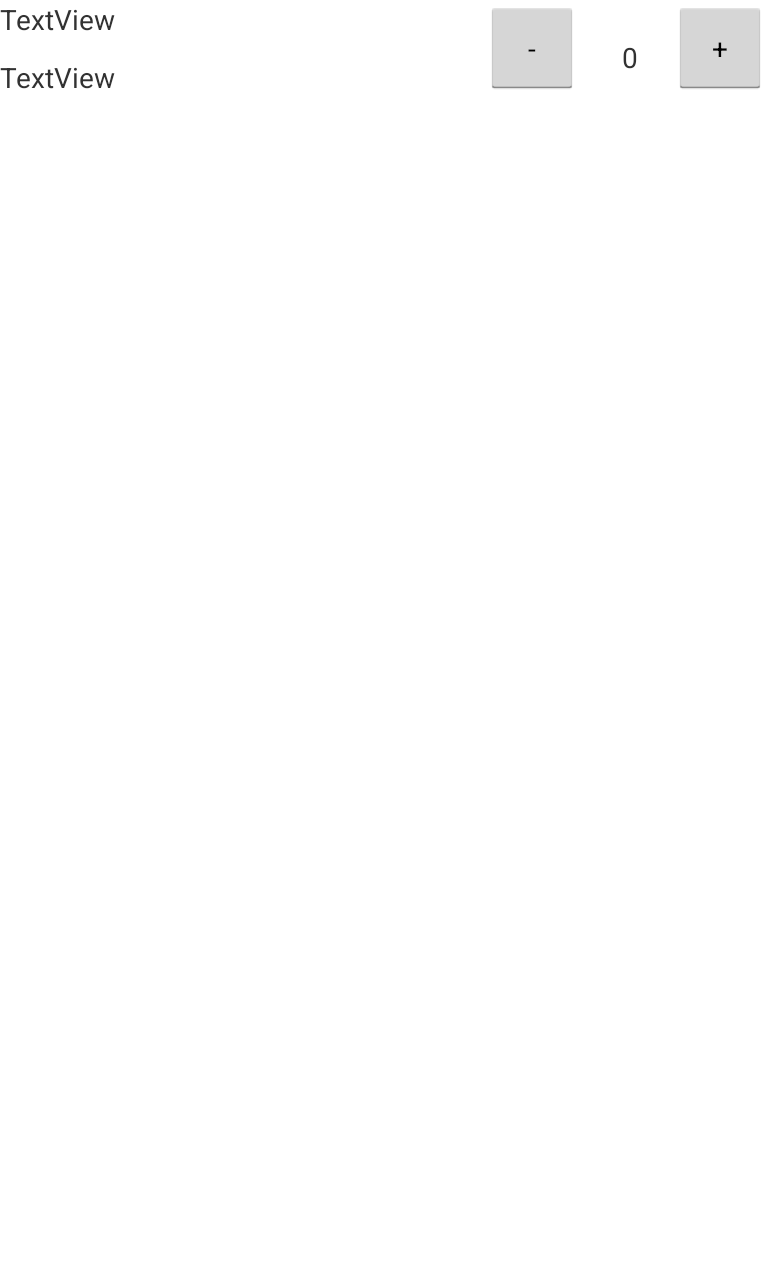
Repository: TeamSuperion/TeamSuperionSextonCalculator
Layout: SextonCalculator/res/layout/activity_browse_row.xml
The author's editor kept a copy of each file at every save. The layout is drawn from the files as they stood at one save, then again after the next save.
It is drawn on a 768 x 1280 px phone screen (xhdpi) without system bars, with theme AppTheme; the app's code is not run.

Above is the layout before, as saved 2012-11-10 23:36:42.

### SextonCalculator/res/layout/activity_browse_row.xml
<?xml version="1.0" encoding="utf-8"?>
<RelativeLayout xmlns:android="http://schemas.android.com/apk/res/android"
    android:id="@+id/RelativeLayout1"
    android:layout_width="match_parent"
    android:layout_height="match_parent"
    android:orientation="vertical" >

    <Button
        android:id="@+id/itemIncrease_button"
        style="?android:attr/buttonStyleSmall"
        android:layout_width="wrap_content"
        android:layout_height="wrap_content"
        android:layout_alignParentRight="true"
        android:layout_alignParentTop="true"
        android:text="+"
        android:onClick="increaseQuantity" />

    <TextView
        android:id="@+id/itemName_textView"
        android:layout_width="wrap_content"
        android:layout_height="wrap_content"
        android:layout_alignParentLeft="true"
        android:layout_alignParentTop="true"
        android:text="TextView" />

    <Button
        android:id="@+id/itemDecrease_button"
        style="?android:attr/buttonStyleSmall"
        android:layout_width="wrap_content"
        android:layout_height="wrap_content"
        android:layout_alignParentTop="true"
        android:layout_marginRight="46dp"
        android:layout_toLeftOf="@+id/itemIncrease_button"
        android:text="-"
        android:onClick="decreaseQuantity" />

    <TextView
        android:id="@+id/itemQuantity_textView"
        android:layout_width="wrap_content"
        android:layout_height="wrap_content"
        android:layout_below="@+id/itemName_textView"
        android:layout_marginRight="17dp"
        android:layout_toLeftOf="@+id/itemIncrease_button"
        android:text="0" />

    <TextView
        android:id="@+id/itemPrice_textView"
        android:layout_width="wrap_content"
        android:layout_height="wrap_content"
        android:layout_alignBottom="@+id/itemDecrease_button"
        android:layout_alignParentLeft="true"
        android:text="TextView" />

</RelativeLayout>

Loaded but not shown: SextonCalculator/res/values-v11/styles.xml (common file); SextonCalculator/res/values-v14/styles.xml (common file); SextonCalculator/res/values/styles.xml (common file)

After the next save:
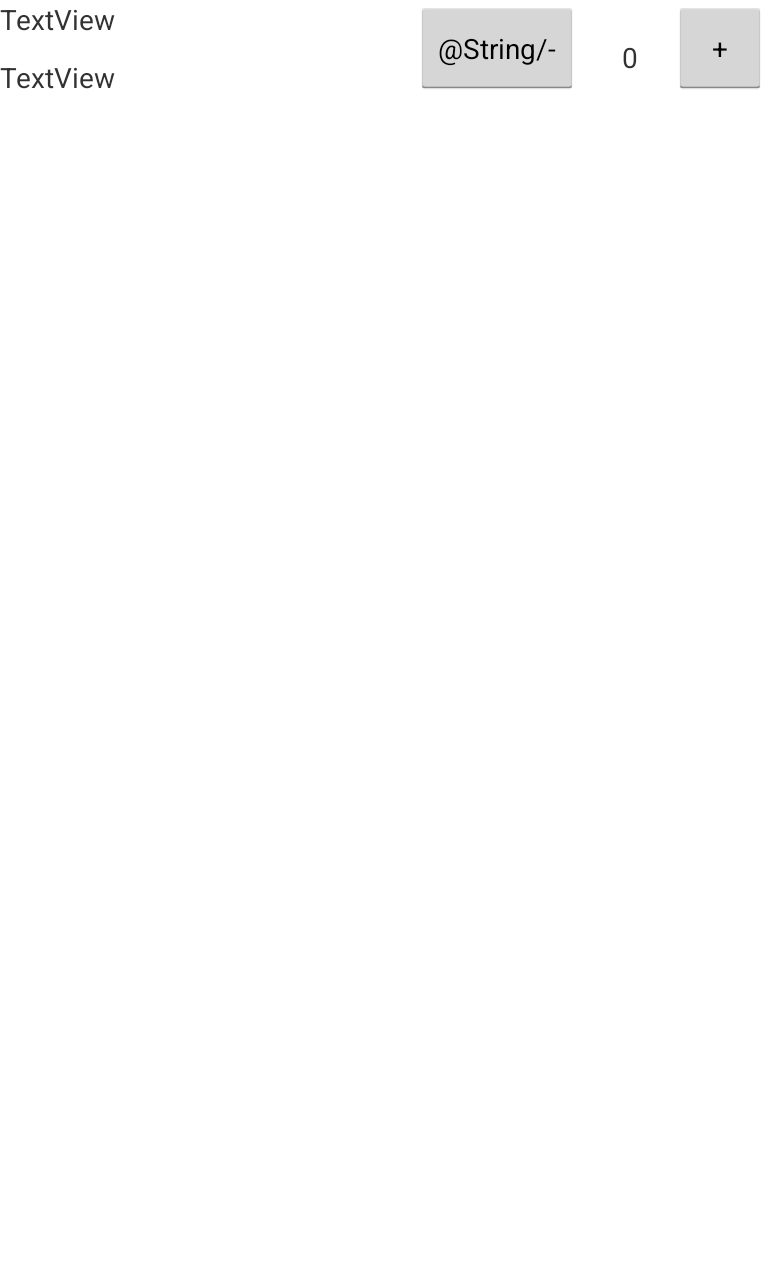
Saved 54 s later.
--- a/SextonCalculator/res/layout/activity_browse_row.xml
+++ b/SextonCalculator/res/layout/activity_browse_row.xml
@@ -31,7 +31,7 @@
         android:layout_alignParentTop="true"
         android:layout_marginRight="46dp"
         android:layout_toLeftOf="@+id/itemIncrease_button"
-        android:text="-"
+        android:text="@String/-"
         android:onClick="decreaseQuantity" />
 
     <TextView
